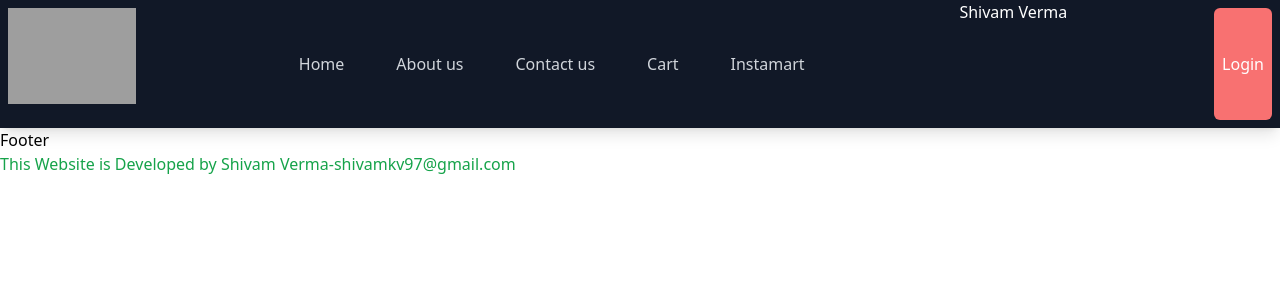
Repository: shivamv97/FOOD-VILLA-APP
Page: /
An editor plug-in stored every save of this project. The page is shown before and after the next save, followed by the edit.
The browser window is 1280 px wide. The pictures show the whole page.
Pictures or frames that could not be fetched are drawn as grey boxes. The page's requests for data from a server got no answer. The project was rebuilt for these pictures with package versions that can differ from the ones it lists, and the page was loaded fresh each time. No one was signed in, and anything a server would have sent is missing. Also part of the build but not shown: src/components/RestaurantCards.js, src/components/Profile.js, src/components/ProfileClass.js, src/components/About.js, src/components/Error.js, src/components/ContactUs.js, src/utils/useRestaurant.js, src/components/RestaurantMenu.js.

Above is the page before, as saved 2024-09-29 22:17:01.

After the next save:
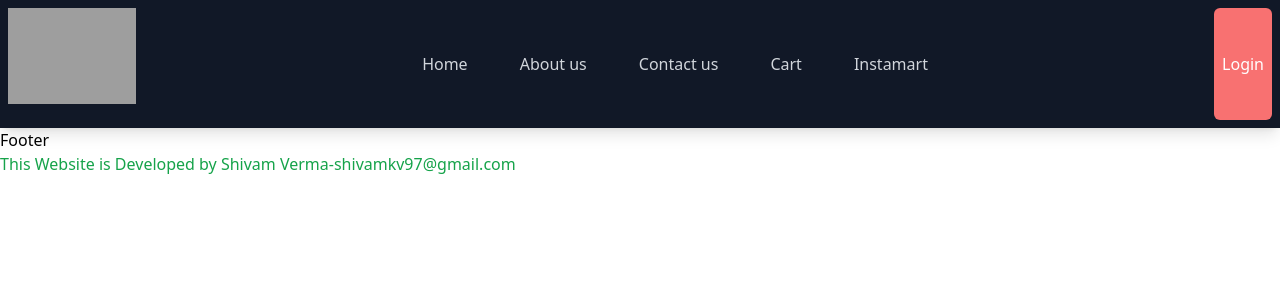
Saved 32 s later.
--- a/src/components/Title.js
+++ b/src/components/Title.js
@@ -47,7 +47,7 @@ const HeaderComponent = () => {
         </ul>
       </div>
       {/* <h1 className="text-white">{isOnline ? "🟢" : "No"}</h1> */}
-      <h2 className="text-white">{user.name}</h2>
+      {/* <h2 className="text-white">{user.name}</h2> */}
       {isLoggedIn ? (
         <button
           onClick={() => setisLoggedIn(false)}
